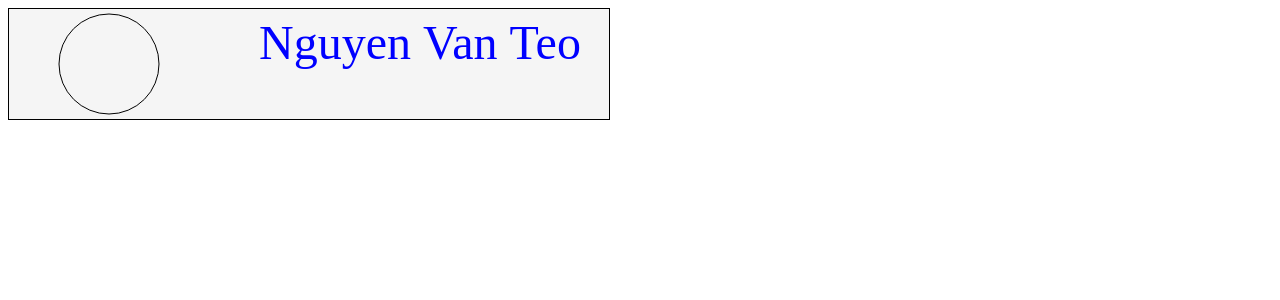
Repository: Nghia19/WEB20022-_00
Page: HTML5_CSS3/bai-4.html
The author's editor kept a copy of each file at every save. The page is drawn from the files as they stood at one save, then again after the next save.
The browser window is 1280 px wide. The pictures show the whole page.

Above is the page before, as saved 2021-06-26 13:22:46.

After the next save:
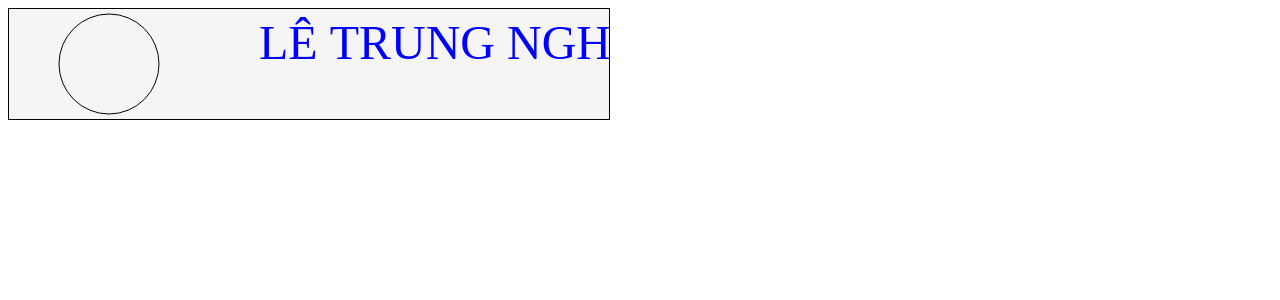
Saved 16 s later.
--- a/HTML5_CSS3/bai-4.html
+++ b/HTML5_CSS3/bai-4.html
@@ -18,7 +18,7 @@
       var ctx = canvas.getContext('2d');
       ctx.font = '48px serif';
       ctx.fillStyle = 'blue';
-      ctx.fillText('Nguyen Van Teo', 250, 50);
+      ctx.fillText('LÊ TRUNG NGHĨA', 250, 50);
       ctx.beginPath();
       ctx.arc(100, 55, 50, 0, 2 * Math.PI);
       ctx.stroke();
